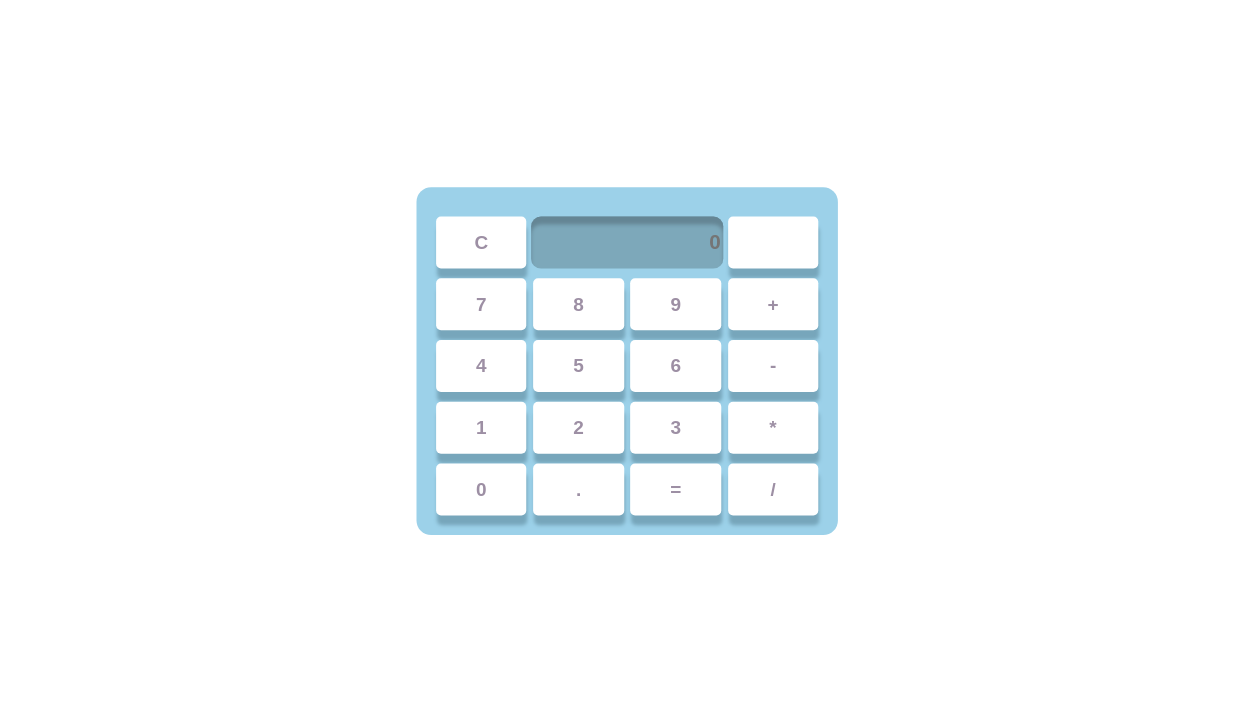
Repository: sem1103/calculator
Page: index.html
An editor plug-in stored every save of this project. The page is shown before and after the next save, followed by the edit.
The browser window is 1280 px wide. The pictures show the whole page, at 98% of full size.

Above is the page before, as saved 2023-11-02 11:52:29.

### index.html
<!DOCTYPE html>
<html lang="en">

<head>
    <meta charset="UTF-8">
    <meta name="viewport" content="width=device-width, initial-scale=1.0">
    <title>Calc</title>
    <style>
        * {
            box-sizing: border-box;
            font: bold 1.1rem arial;
        }

        .calc__container {
            display: flex;
            justify-content: center;
            height: 100vh;
            align-items: center;
        }

        .calc__wrapper {
            max-width: 900px;
            background-color: #9cd1e9;
            padding: 20px;
            border-radius: 15px;
        }

        .calc__display {
            box-shadow: inset 0px 8px 4px 0px #658695;
            background-color: #7da8ba;
            width: 50%;
            border-radius: 10px;
            border: 0;
            outline: 0;
            text-align: right;
            font-size: 1.2rem;
            color: #fff;
        }

        .calc__main,
        .calc__header {
            display: flex;
            flex-direction: row;
            flex-wrap: wrap;
            justify-content: space-between;
            row-gap: 10px;
            column-gap: 5px;

        }

        .calc__header {
            margin: 10px 0;
        }

        button {
            padding: 15px 5px;
            text-align: center;
            background-color: #fff;
            box-shadow: 1px 10px 4px #77a6bb;
            flex-basis: calc(25% - 5px);
            border: 0;
            border-radius: 5px;
            cursor: pointer;
            color: #9d8fa4;
            transition: all .1s ease-in-out;
        }

        button:active {
            box-shadow: 1px 0 4px #77a6bb;
            transform: translate(0, 3px);
        }

        button:hover {
            background-color: #d1d1d1;
        }

        .active{
            box-shadow: 1px 0 4px #77a6bb;
            transform: translate(0, 3px);
            background-color: #d1d1d1;
        }
    </style>
</head>

<body>
    <div class="calc__container">
        <div class="calc__wrapper">
            <div class="calc__header">
                <button onclick="clearDisplay()">C</button>
                <input id="display" class="calc__display" type="text" placeholder="0" oninput="setValueHandle(this)">

                </input>
                 <button onclick="backspace()"></button>
            </div>
            <div class="calc__main">
                <button onkeydown="test(this)" onclick="setValueHandle(this)">7</button>
                <button onclick="setValueHandle(this)">8</button>
                <button onclick="setValueHandle(this)">9</button>
                <button onclick="setValueHandle(this)">+</button>
                <button onclick="setValueHandle(this)">4</button>
                <button onclick="setValueHandle(this)">5</button>
                <button onclick="setValueHandle(this)">6</button>
                <button onclick="setValueHandle(this)">-</button>
                <button onclick="setValueHandle(this)">1</button>
                <button onclick="setValueHandle(this)">2</button>
                <button onclick="setValueHandle(this)">3</button>
                <button onclick="setValueHandle(this)">*</button>
                <button onclick="setValueHandle(this)">0</button>
                <button onclick="setValueHandle(this)">.</button>
                <button onclick="calcSumm()">=</button>
                <button onclick="setValueHandle(this)">/</button>
            </div>
        </div>
    </div>


    <script>
        let calcDisplay = document.getElementById('display');
        let buttons = document.querySelectorAll('button');

        function setValueHandle(e) {

            if (/[a-zA-Zа-яА-ЯёЁ]/.test(calcDisplay.value)) {
                console.log(1);
                calcDisplay.value = e.value;
                return;
            }else if(/\b0+\d+/.test(calcDisplay.value) || /^[+\*/]/.test(calcDisplay.value)){
                calcDisplay.value = 'Ошибка!';
                return;
            }
            calcDisplay.value += e.innerHTML;

        }

        function clearDisplay() {
            calcDisplay.value = '';
        }

        function calcSumm() {
            let value = calcDisplay.value;


            value = value.replace(/\s/g, '');
            let operators = value.split('').filter(item => {
                if (item == '+' || item == '-' || item == '*' || item == '/') return item;
            })
            let numbers = value.split(/[+\-*/]/);
            let result = +numbers[0];

            console.log(operators);
            console.log(numbers);
            if (numbers[numbers.length - 1] == '') {
                calcDisplay.value = 'Ошибка!';
                return;
            }else if(/[\+\-\*\/]{2,}/.test(calcDisplay.value) ){
                calcDisplay.value = 'Две математических операции!';
                return;
            }



            operators.forEach((item, index) => {
                if (item == '+') {
                    result += +numbers[index + 1]
                } else if (item == '-') {
                    result -= numbers[index + 1]
                } else if (item == '/') {
                    if (+numbers[index + 1] === 0) {
                        calcDisplay.value = 'На ноль делить нельзя!!';
                        throw new Error('infiniti');
                    } else result /= numbers[index + 1];

                } else result *= numbers[index + 1]
            });
            calcDisplay.value = result;

        }


        document.body.addEventListener('keydown', (e) =>{
            if(e.key >=0 && e.key <= 9 || ['+','-','*','/','.'].includes(e.key)){
                buttons.forEach(item => {
                    if(item.innerHTML == e.key){
                        setValueHandle(item);
                        item.classList.add('active');
                        item.addEventListener('transitionend', () =>{
                        item.classList.remove('active')
                        })
                    }
                })
            }
        });
    </script>
</body>

</html>

After the next save:
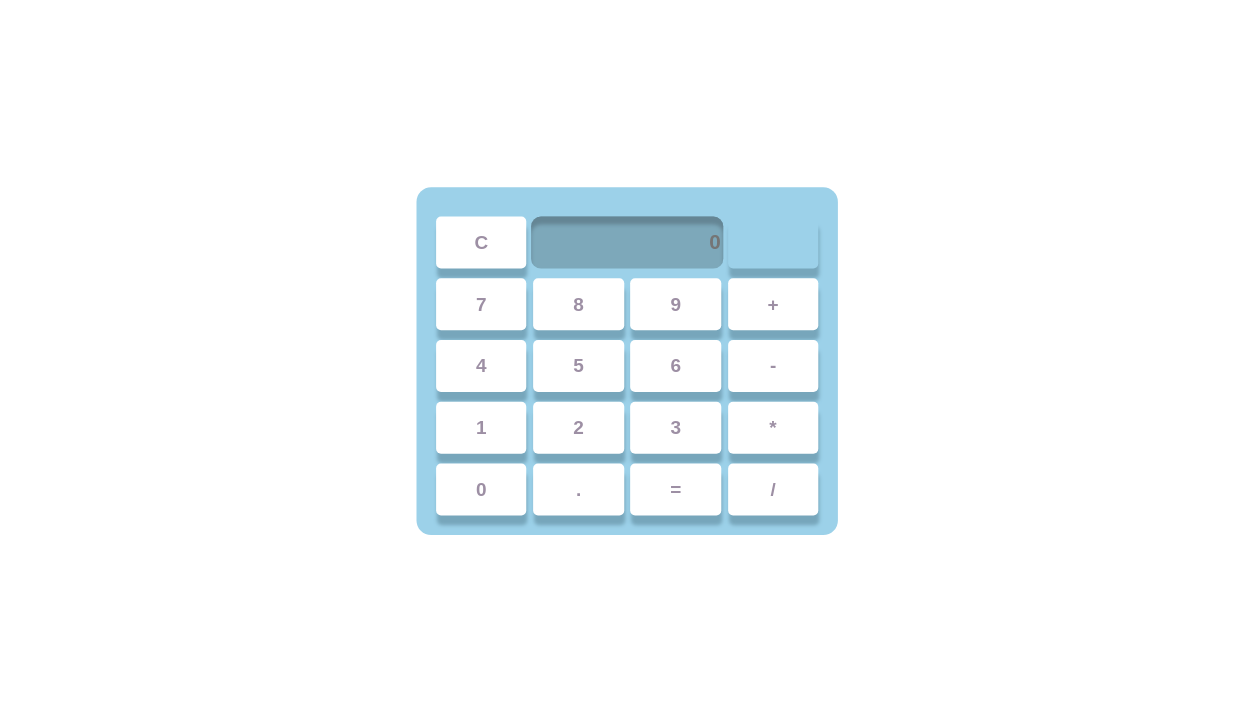
Not found: backspace.png
Saved 86 s later.
--- a/index.html
+++ b/index.html
@@ -79,6 +79,9 @@
             transform: translate(0, 3px);
             background-color: #d1d1d1;
         }
+        .backspace{
+            background: url(backspace.png) center/cover;
+        }
     </style>
 </head>
 
@@ -90,7 +93,7 @@
                 <input id="display" class="calc__display" type="text" placeholder="0" oninput="setValueHandle(this)">
 
                 </input>
-                 <button onclick="backspace()"></button>
+                 <button class="backspace" onclick="backspace()"></button>
             </div>
             <div class="calc__main">
                 <button onkeydown="test(this)" onclick="setValueHandle(this)">7</button>

After the 2 saves that followed:
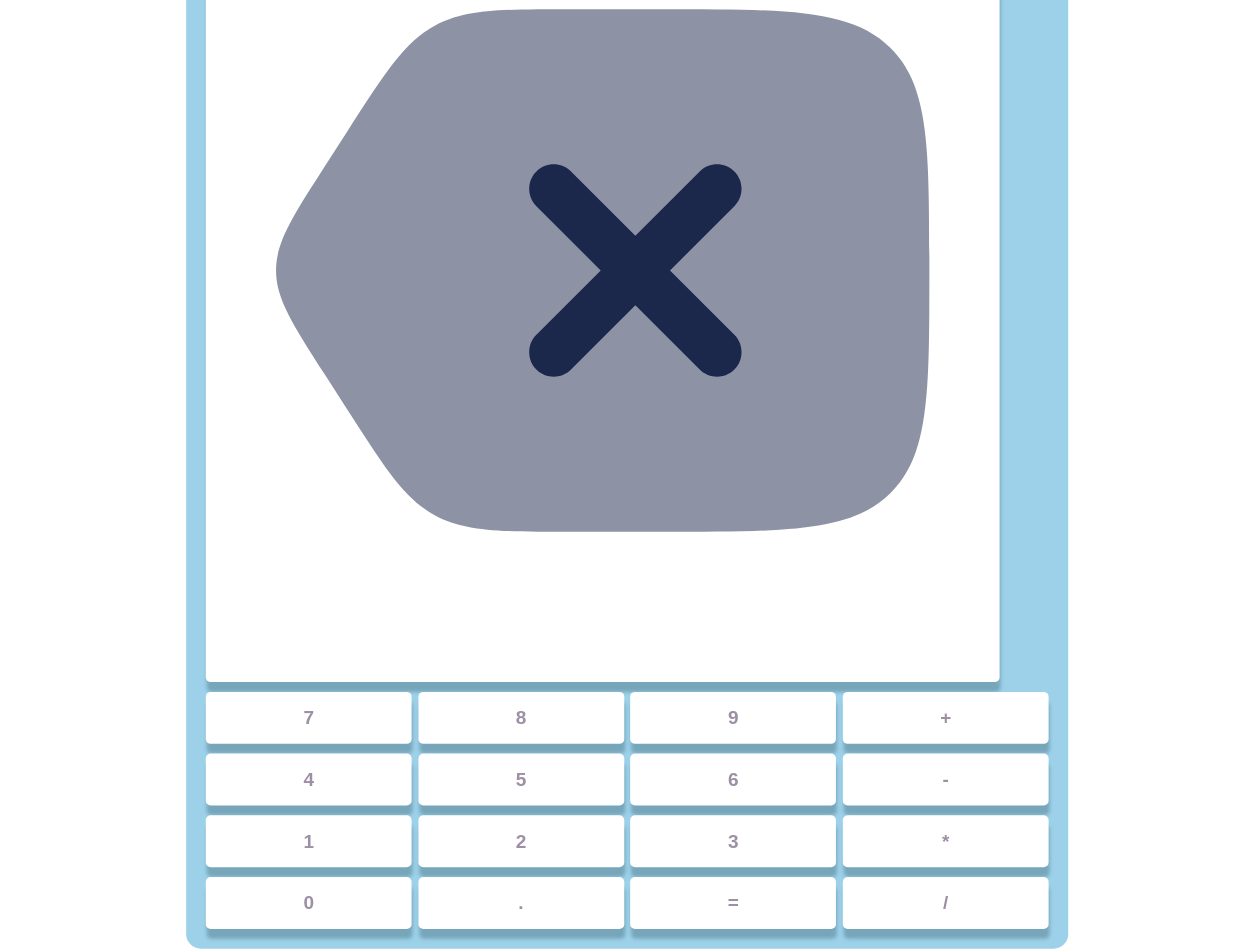
The 2 saves are shown as one change because 1 left the picture as it was.
The last was saved 2 min 30 s later.
--- a/index.html
+++ b/index.html
@@ -79,9 +79,7 @@
             transform: translate(0, 3px);
             background-color: #d1d1d1;
         }
-        .backspace{
-            background: url(backspace.png) center/cover;
-        }
+
     </style>
 </head>
 
@@ -93,7 +91,12 @@
                 <input id="display" class="calc__display" type="text" placeholder="0" oninput="setValueHandle(this)">
 
                 </input>
-                 <button class="backspace" onclick="backspace()"></button>
+                 <button class="backspace" onclick="backspace()">
+                    <svg width="800px" height="800px" viewBox="0 0 24 24" fill="none" xmlns="http://www.w3.org/2000/svg">
+                        <path opacity="0.5" d="M6.87114 19.4986C7.80085 20 8.91458 20 11.142 20H13.779C17.6544 20 19.5921 20 20.7961 18.8284C22 17.6569 22 15.7712 22 12C22 8.22876 22 6.34315 20.7961 5.17157C19.5921 4 17.6544 4 13.779 4H11.142C8.91458 4 7.80085 4 6.87114 4.50143C5.94144 5.00286 5.35117 5.92191 4.17061 7.76001L3.48981 8.82001C2.4966 10.3664 2 11.1396 2 12C2 12.8604 2.4966 13.6336 3.48981 15.18L4.17061 16.24C5.35117 18.0781 5.94144 18.9971 6.87114 19.4986Z" fill="#1C274C"/>
+                        <path d="M11.0303 8.96967C10.7374 8.67678 10.2626 8.67678 9.96967 8.96967C9.67678 9.26256 9.67678 9.73744 9.96967 10.0303L11.9394 12L9.96969 13.9697C9.6768 14.2626 9.6768 14.7374 9.96969 15.0303C10.2626 15.3232 10.7375 15.3232 11.0304 15.0303L13 13.0607L14.9696 15.0303C15.2625 15.3232 15.7374 15.3232 16.0303 15.0303C16.3232 14.7374 16.3232 14.2625 16.0303 13.9697L14.0607 12L16.0303 10.0304C16.3232 9.73746 16.3232 9.26258 16.0303 8.96969C15.7374 8.6768 15.2626 8.6768 14.9697 8.96969L13 10.9394L11.0303 8.96967Z" fill="#1C274C"/>
+                        </svg>
+                </button>
             </div>
             <div class="calc__main">
                 <button onkeydown="test(this)" onclick="setValueHandle(this)">7</button>
